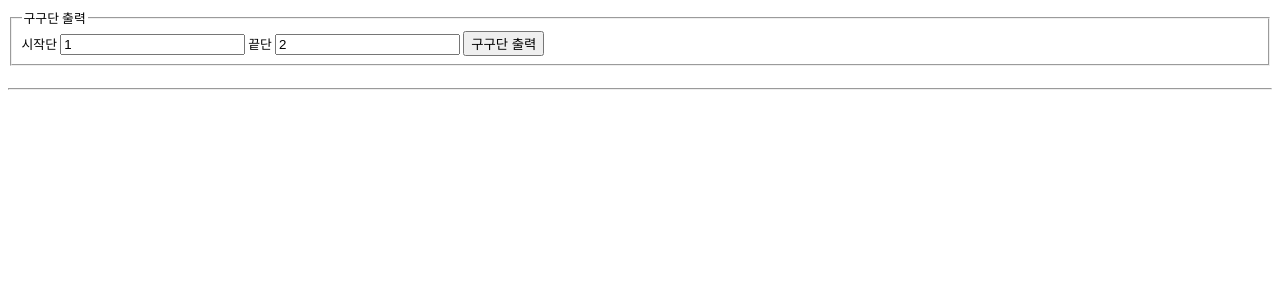
Repository: KYJIN1024/kic_jquery
Page: http://localhost/jQueryUIEx03/zipcode02.jsp
The author's editor kept a copy of each file at every save. The page is drawn from the files as they stood at one save, then again after the next save.
The browser window is 1280 px wide. The pictures show the whole page.
Pictures or frames that could not be fetched are drawn as grey boxes. The page is served by Tomcat 9.

Above is the page before, as saved 2023-05-17 03:26:45.

After the next save:
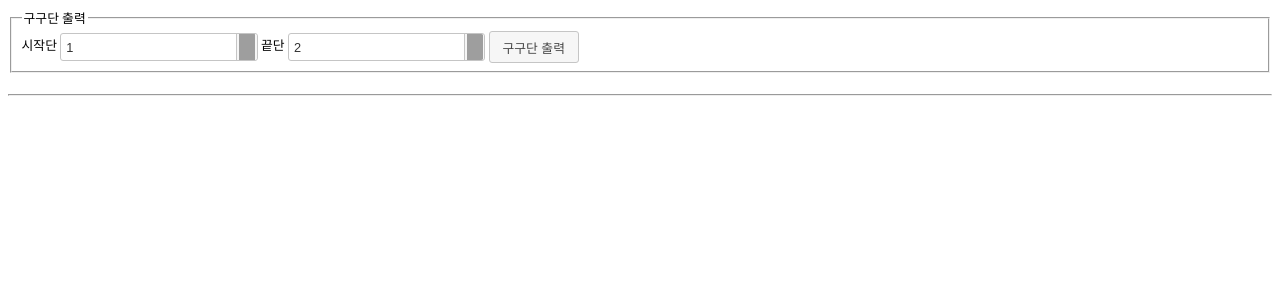
Saved 43 s later.
--- a/jQueryUIEx03/src/main/webapp/zipcode02.jsp
+++ b/jQueryUIEx03/src/main/webapp/zipcode02.jsp
@@ -15,7 +15,9 @@
 <script src="./js/jquery-ui.js"> </script>
 <script>
 	$( document ).ready( function(){
-
+		$('#start').spinner();
+		$('#end').spinner();
+		$('#btn').button();
 		});
 
 </script>
